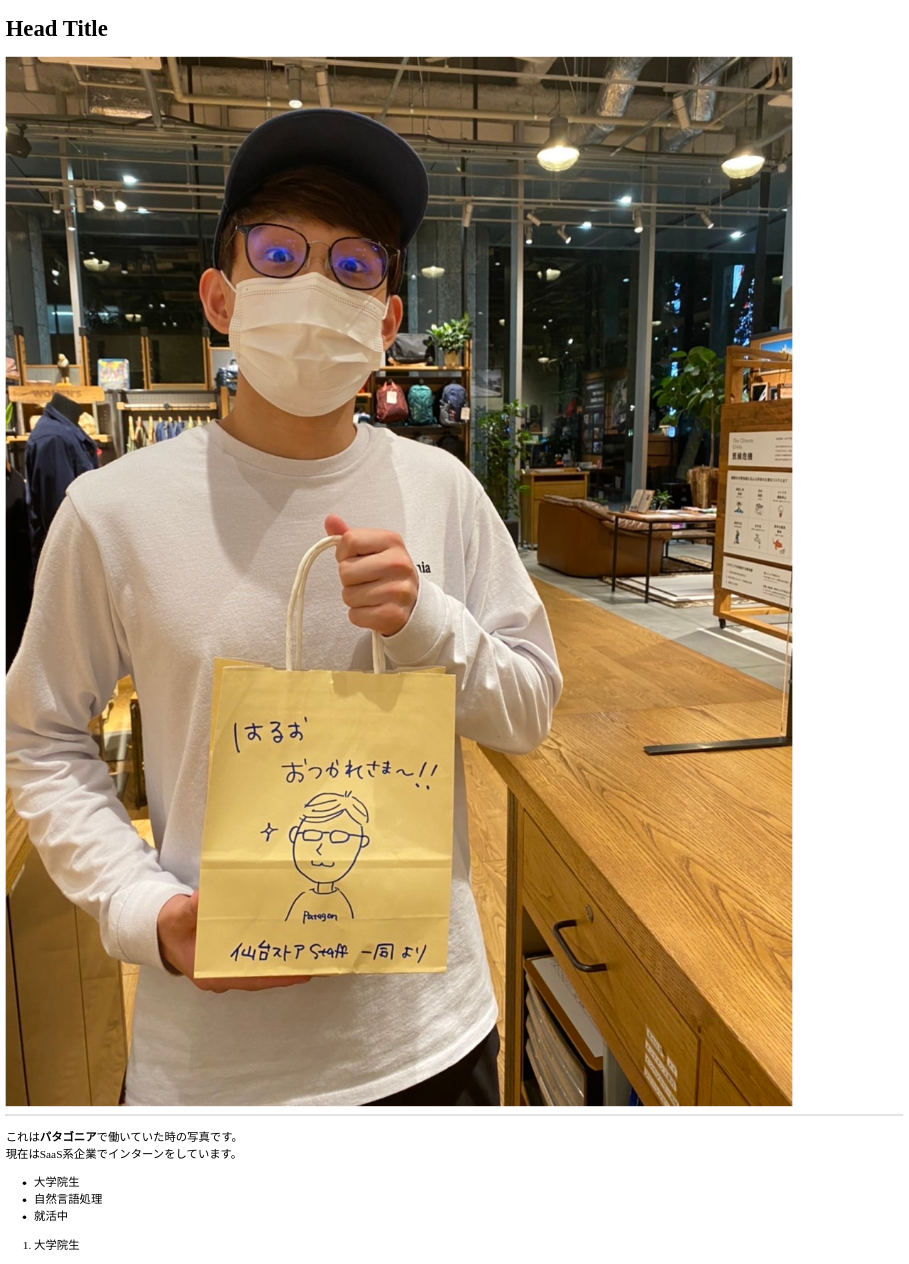
Repository: haruki-N/WebApp
Page: HTML/index.html
The author's editor kept a record of every edit. The page is drawn from the files as they stood at one moment, then again after the next edit.
The browser window is 1280 px wide. The pictures show the whole page, at 71% of full size.

Above is the page before.

After the next edit:
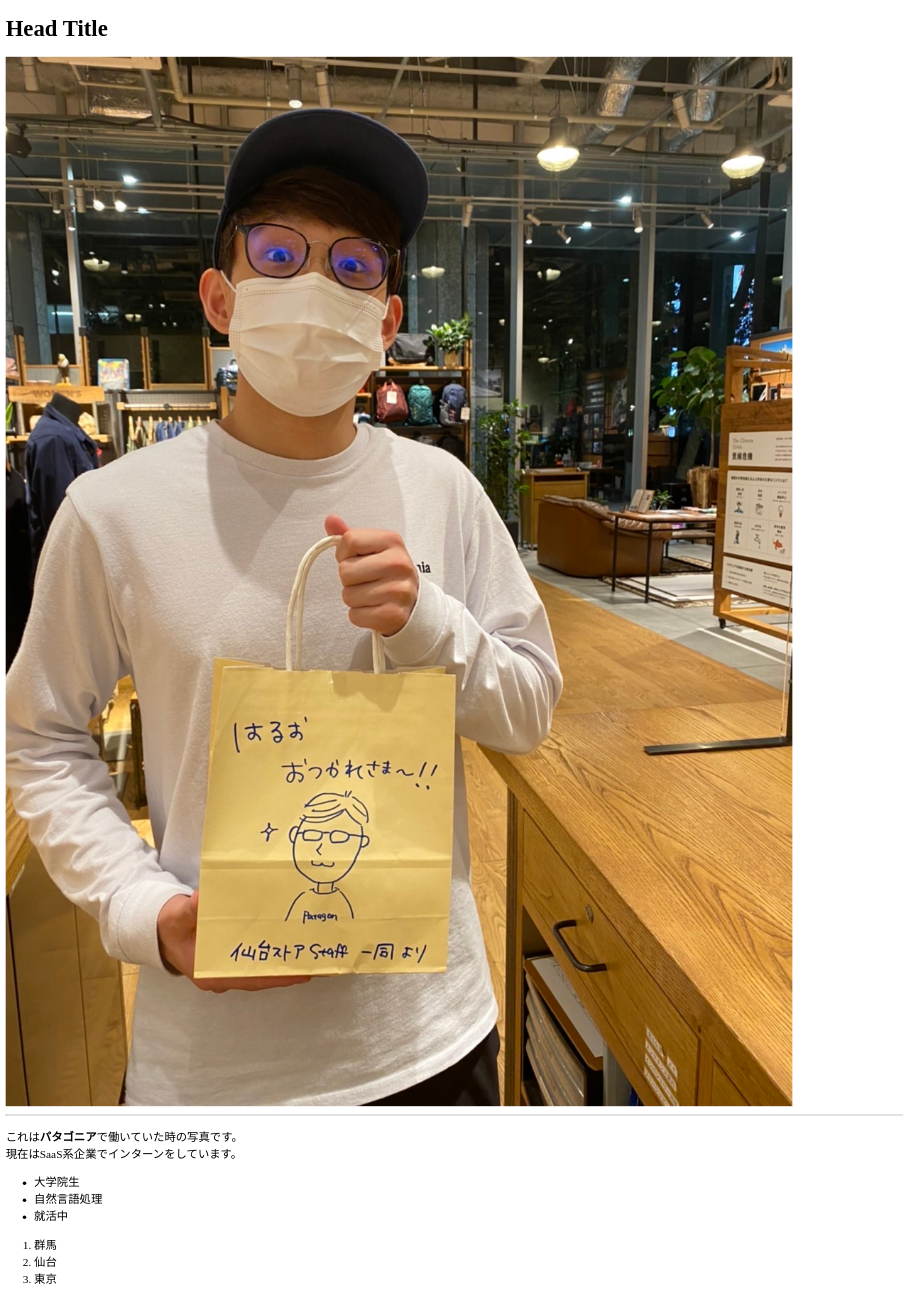
The edit:
--- a/HTML/index.html
+++ b/HTML/index.html
@@ -19,8 +19,9 @@
         <li>就活中</li>
     </ul>
     <ol>
-        <li>大学院生</li>
-
+        <li>群馬</li>
+        <li>仙台</li>
+        <li>東京</li>
     </ol>
 
 </body>
